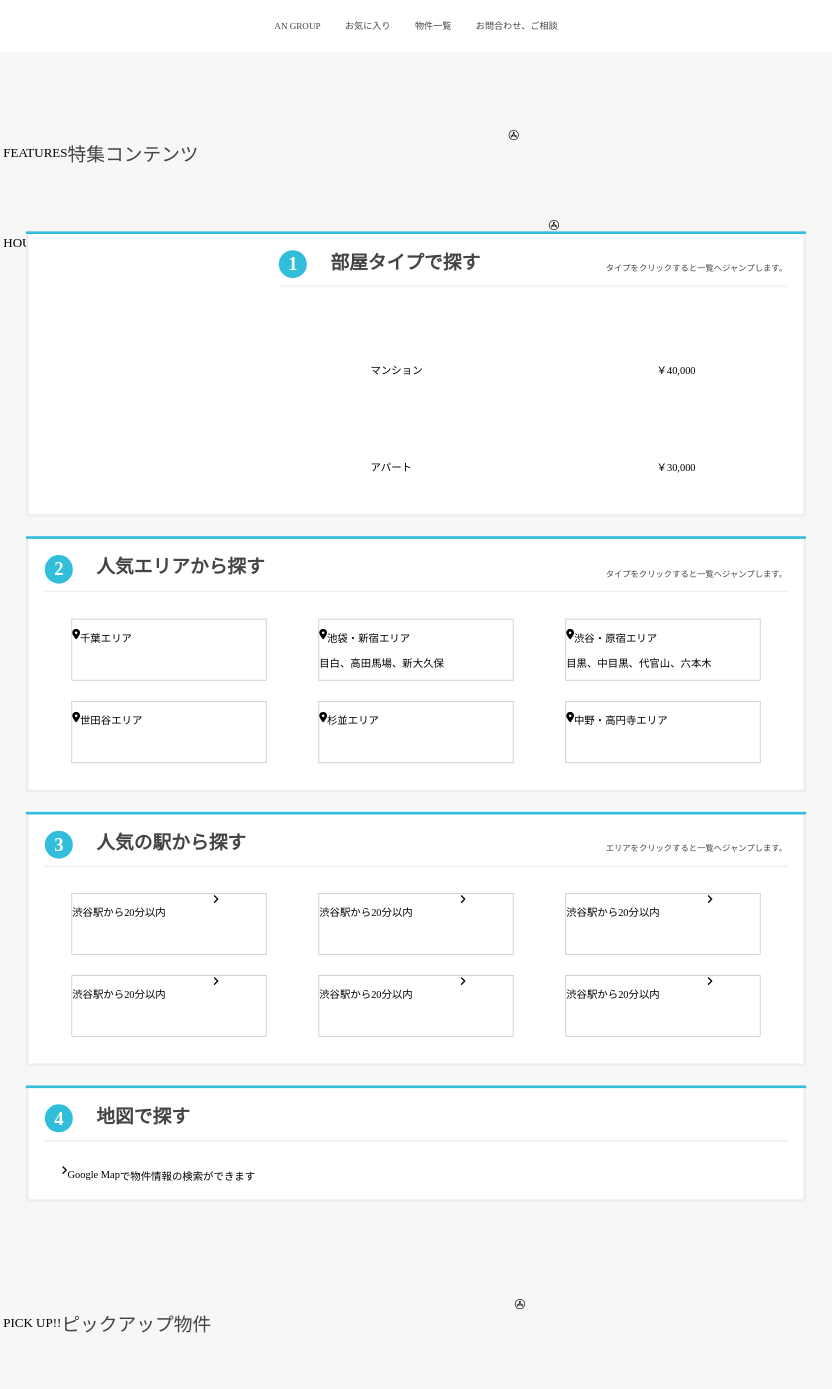
Repository: ninhdavid/real-estate
Page: index.html
The author's editor kept a copy of each file at every save. The page is drawn from the files as they stood at one save, then again after the next save.
The browser window is 1280 px wide. The pictures show the whole page, at 65% of full size.
Some web libraries are served in a nearby version. The style sheet was rebuilt from its Sass, Less or Tailwind sources for each picture, by a compiler version that may differ from the author's.

Above is the page before, as saved 2022-05-13 23:10:52.

After the next save:
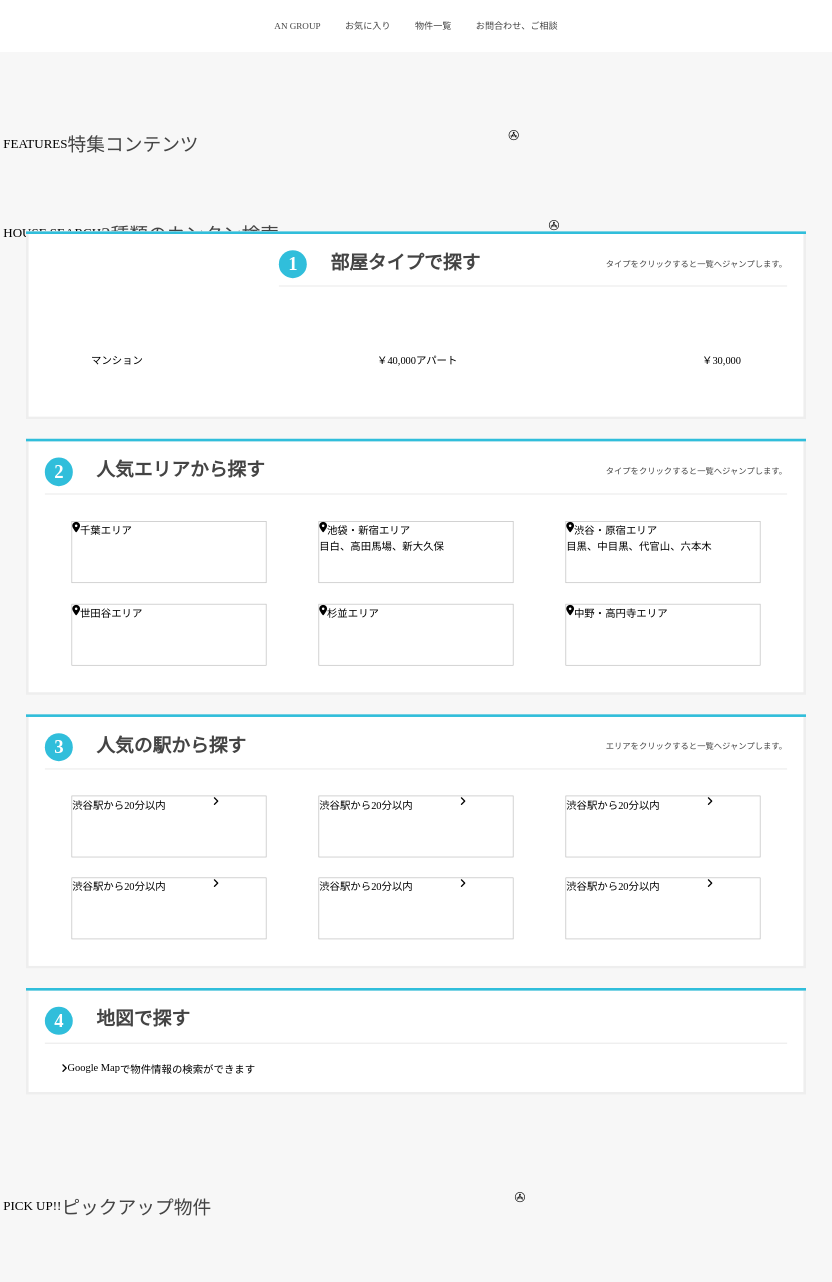
Saved 10 s later.
--- a/css/main.scss
+++ b/css/main.scss
@@ -185,7 +185,7 @@
 .location-des i,p{
     display:block;
     float:left;
-    margin-top:15px;
+    // margin-top:15px;
 }
 .station-des{
     display:block;

After the save that followed:
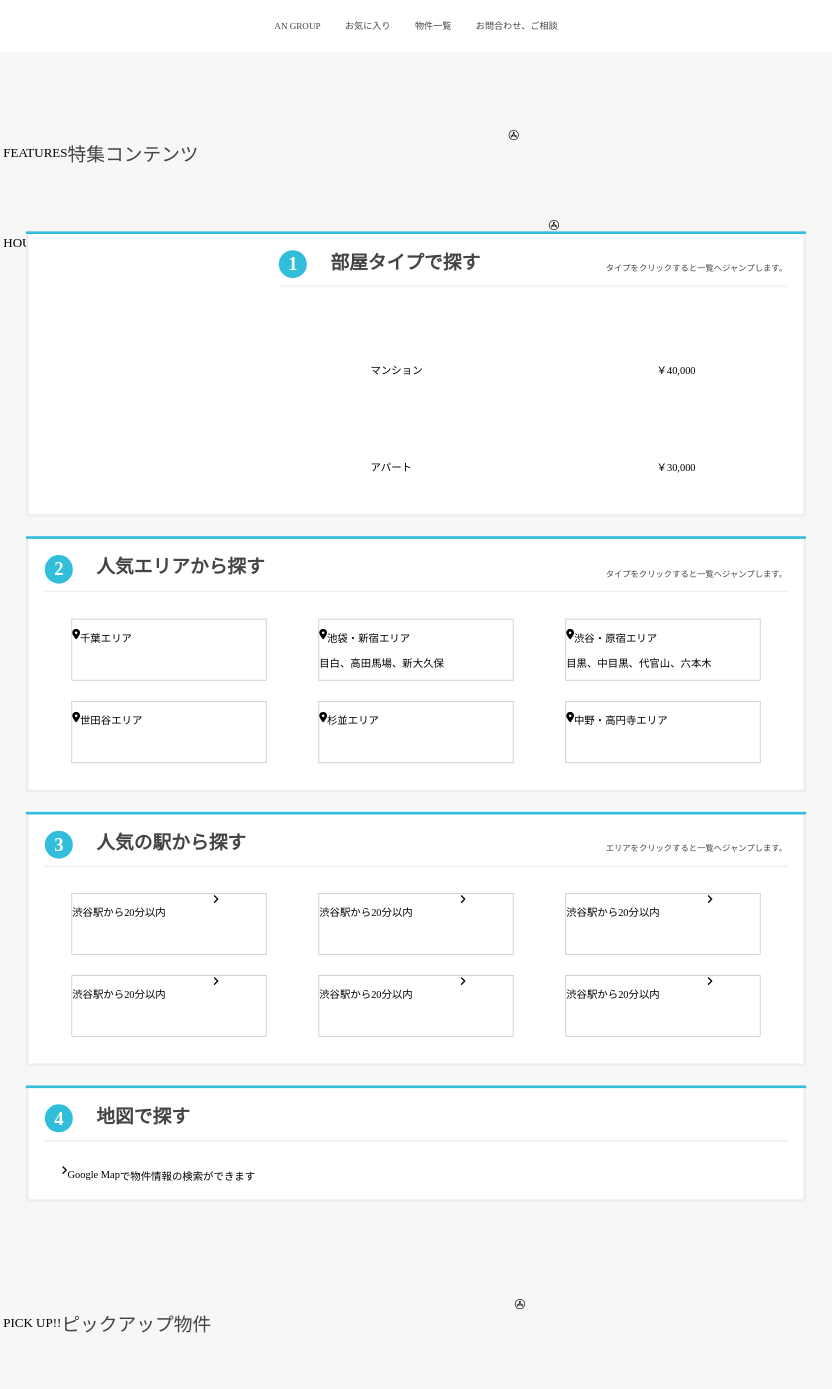
Saved 5 s later.
--- a/css/main.scss
+++ b/css/main.scss
@@ -185,7 +185,7 @@
 .location-des i,p{
     display:block;
     float:left;
-    // margin-top:15px;
+    margin-top:15px;
 }
 .station-des{
     display:block;
